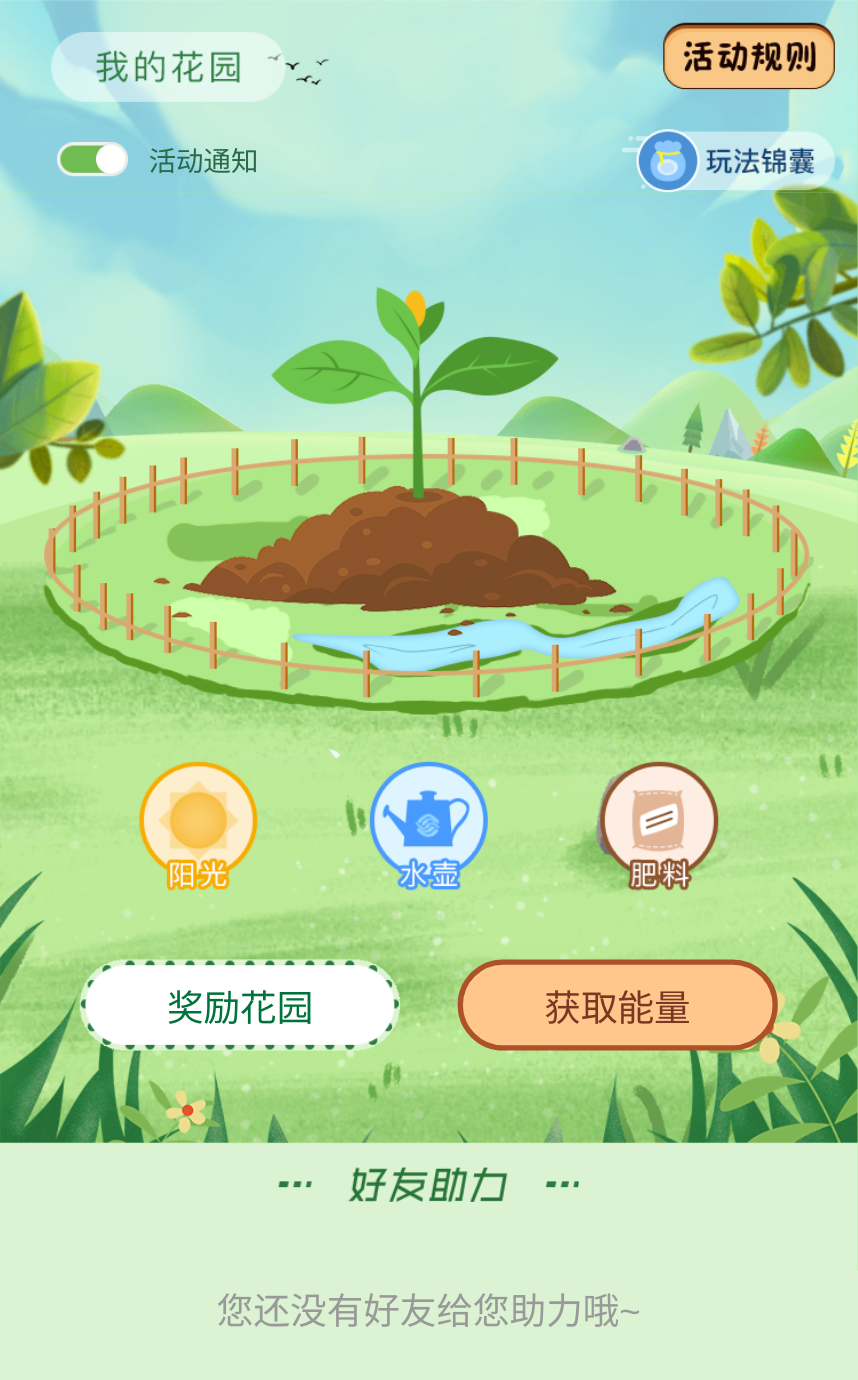
Repository: wangbiaozy/zh
Page: index.html
The author's editor kept a copy of each file at every save. The page is drawn from the files as they stood at one save, then again after the next save.
The browser window is 1280 px wide. The pictures show the whole page, at 67% of full size.

Above is the page before, as saved 2019-03-18 20:05:12.
Console error: TypeError: Cannot read properties of undefined (reading 'style')

### index.html
<!DOCTYPE html>
<html lang="en">

<head>
    <meta charset="UTF-8">
    <meta name="viewport" content="width=device-width, initial-scale=1.0, maximum-scale=1.0, minimum-scale=1.0, user-scalable=no, viewport-fit=cover">
    <meta http-equiv="X-UA-Compatible" content="ie=edge">
    <title>北京移动</title>
    <link rel="stylesheet" href="css/reset.min.css">
    <link rel="stylesheet/less" href="css/styles.less">
    <link rel="stylesheet" href="css/animation.css">
    <script src="js/less-1.7.0.min.js"></script>
    <script src="js/jquery-1.10.1.min.js"></script>
    <script src="js/imgLoader.js"></script>
    <script>
        imgLoader([
            'images/banner.png',
            'images/bdsjh.png',
            'images/bg_01.png',
            'images/bg_02.png',
            'images/btn_cj.png',
            'images/btn_cjhd.png',
            'images/btn_dhff.png',
            'images/btn_dl.png',
            'images/btn_fshy.png',
            'images/btn_lj.png',
            'images/btn_qd.png',
            'images/btn_qdl.png',
            'images/btn_qr.png',
            'images/btn_qx.png',
            'images/btn_xg.png',
            'images/btn_zz.png',
            'images/c1.png',
            'images/c2.png',
            'images/c3.png',
            'images/c4.png',
            'images/c5.png',
            'images/card_1.png',
            'images/card_2.png',
            'images/card_3.png',
            'images/card_4.png',
            'images/card_5.png',
            'images/card.png',
            'images/close.png',
            'images/default.jpg',
            'images/erweima.png',
            'images/fire.gif',
            'images/fri_bg_01.png',
            'images/fri_bg_02.png',
            'images/fri_bg_03.png',
            'images/gongxi.png',
            'images/guang1.png',
            'images/guang2.png',
            'images/hdgz.png',
            'images/home_bg_01.png',
            'images/home_bg_02.png',
            'images/home_bg_03.png',
            'images/hyzl.png',
            'images/longjiao.png',
            'images/longshen.png',
            'images/longtou.png',
            'images/longwei.png',
            'images/longzhu.png',
            'images/longzhua.png',
            'images/rule_btn.png',
            'images/share.png',
            'images/sjhm.png',
            'images/start_btn.png',
            'images/submit.png',
            'images/tc_1_text.png',
            'images/tc_bg.png',
            'images/tc_card.png',
            'images/tc_title_1.png',
            'images/tc_title_2.png',
            'images/tc_title_3.png',
            'images/xxqr.png',
            'images/yun_1.png',
            'images/yun_2.png',
            'images/yun_3.png',
            'images/yun.png',
            'images/yzm.png'
        ], function (percentage) {
            var percentT = percentage * 100;
            $('.loader_info').html('Loading ' + (parseInt(percentT)) + '%');
            $('.loader_progress')[0].style.width = percentT + '%';
            if (percentage == 1) {
                /* $('.loader').remove();
                $('.home').show(); */
            }
        });
    </script>
</head>
<body>
    <!--loading-->
    <!-- <section class="loader">
        <div class="loader_info"></div>
        <div>
            <div class="loader_progress"></div>
        </div>
    </section> -->
    <!-- 首页 -->
    <section id="home" class="home">
        <div>
            <a href="javascript: void(0)" class="rule-btn"></a>
        </div>
        <div>
            <div></div>
        </div>
        <div>
            <a href="javascript: void(0)" id="start-btn"></a>
            <div>
                <p id="countDown"><i>倒计时：</i><span>7</span>天<span>00</span>时<span>00</span>分<span>00</span>秒</p>
            </div>
            <p>4月8日-4月14日&nbsp;&nbsp;&nbsp;&nbsp;活动将于4月14日结束，务必到期前领取</p>
        </div>
    </section>
    <!-- 活动规则页 -->
    <section id="rule" class="rule">
        <div>
            <div></div>
            <div>
                <ul>
                    <li>
                        <h3>一 活动时间：</h3>
                        <p>即日起——4月14日</p>
                        <h3>二 活动介绍：</h3>
                        <p>活动期间，用户通过北京移动微信公众号，可参与“天天种花得流量”活动。用户每天可获得一颗种子，通过添加物料（水、阳光、肥料），完成种植，收获花朵并获得对应流量奖品。</p>
                        <p>获取物料方法：</p>
                        <p>1、用户首次参与活动可领取水、阳光、肥料各1份。</p>
                        <p>2、分享活动给好友，邀请其助力赠送，可获得更多物料。（好友助力次数不限，但为同一用户仅可助力一次。）</p>
                        <h3>三 奖品规则：</h3>
                        <p>活动奖品包含：100MB、200MB、500MB、1GB、2GB、3GB全国流量，及部分免费业务体验资格、优惠业务办理资格。</p>
                        <p>（一）流量奖品</p>
                        <p>1.流量档位包括100MB、200MB、500MB、1GB、2GB、3GB全国流量；</p>
                        <p>2.奖品将于领取后15日内，自动充入用户的微信关注绑定手机号，流量自充入日起生效，有效期至本月月末；</p>
                        <p>3.活动赠送套外国内流量，优先级低于主套餐、可选包、短促包、定向流量包等，赠送流量无法共享，不可结转；</p>
                        <p>4.处于保留期、保号期、挂失、申停、欠停、转品牌过渡期的手机号；物联网卡、4G超级日租卡套餐、神州行开心听、语音套餐卡、神州行B标准资费基本策划等特殊资费用户无法领取赠送流量；</p>
                        <p>5.赠送流量每月仅可领取100次，超出上限不可领取；</p>
                        <p>6.北京移动用户抽中流量奖品后，自动充入关注绑定账户。非北京移动用户抽中流量奖品后可以转赠给北京移动手机号码。</p>
                        <p>（二）其它奖品</p>
                        <p>规则详见各奖品办理页面</p>
                        <p>温馨提示：</p>
                        <p>1、活动将于4月14日结束，请您务必于活动结束前完成领奖，逾期视为自动放弃奖品。</p>
                        <p>2、活动页面内可手动关闭活动提醒。如不关闭，默认每天发放服务通知，提醒用户活动状态已更新。</p>
                    </li>
                </ul>
                <a href="javascript:void(0)">确定</a>
            </div>
        </div>
        <div></div>
    </section>
    <!-- 主页 -->
    <section id="main" class="main">
        <div>
            <a href="javascript:void(0)" class="rule-btn"></a>
            <a href="javascript:void(0)" class="method-btn"></a>
            <div>
                <a href="javascript:void(0)"></a>
                <p>活动通知</p>
            </div>
        </div>
        <div>
            <div>
                <div class="zq"></div>
                <ul>
                    <li></li>
                </ul>
            </div>
        </div>
        <div>
            <ul>
                <li>
                    <span>3</span>
                </li>
                <li>
                    <span>3</span>
                </li>
                <li>
                    <span>3</span>
                </li>
            </ul>
            <ul>
                <li>奖励花园</li>
                <li>获取能量</li>
            </ul>
        </div>
        <div>
            <h3></h3>
            <ul>
                <p>您还没有好友给您助力哦~</p>
                <!-- <li>
                    <div>
                        <img src="./images/fri_default.png" alt="">
                    </div>
                    <p>胖子胖子胖子胖子</p>
                    <p>帮忙增加了<span>肥料</span></p>
                    <p>3月1日</p>
                </li> -->
            </ul>
        </div>
    </section>
    <!-- 玩法锦囊页 -->
    <section id="method" class="method">
        <div></div>
        <div></div>
        <div></div>
        <div></div>
        <div></div>
        <a href="javascript: void(0)">确定</a>
    </section>
    <!-- 我的奖励花园页 -->
    <section id="gift" class="gift">
        <div>
            <div>
                <div></div>
                <ul>
                    <li>
                        <img src="./images/flower_0.png" alt="">
                        <a href="javascript: void(0)"></a>
                    </li>
                    <li>
                        <img src="./images/flower_0.png" alt="">
                        <a href="javascript: void(0)"></a>
                    </li>
                    <li>
                        <img src="./images/flower_0.png" alt="">
                        <a href="javascript: void(0)"></a>
                    </li>
                    <li>
                        <img src="./images/flower_0.png" alt="">
                        <a href="javascript: void(0)"></a>
                    </li>
                    <li>
                        <img src="./images/flower_0.png" alt="">
                        <a href="javascript: void(0)"></a>
                    </li>
                    <li>
                        <img src="./images/flower_0.png" alt="">
                        <a href="javascript: void(0)"></a>
                    </li>
                    <li>
                        <img src="./images/flower_0.png" alt="">
                        <a href="javascript: void(0)"></a>
                    </li>
                </ul>
                <div></div>
                <a href="javascript: void(0)">返回</a>
            </div>
        </div>
        <div></div>
    </section>
    <!-- 二维码页 -->
    <section id="code" class="code">
        <div>
            <div>
                <div>
                    <p>亲爱的用户<br>天天种花得流量活动邀你参加<br>天天有惊喜哦~</p>
                </div>
                <div>
                    <div>
                        <img src="./images/erweima.jpg" alt="">
                    </div>
                </div>
            </div>
        </div>
        <div></div>
    </section>
    <!-- 添加物料弹窗 -->
    <section class="model addModel message-model">
        <div>
            <p>您已成功为种子<br><span>添加了阳光</span><br>种子已进入<span>成熟</span>期<br>快来看看吧</p>
        </div>
        <a href="javascript: void(0)">确定</a>
    </section>
    <!-- 发送好友弹窗 -->
    <section class="model to-friend message-model">
        <div>
            <p>您需要积攒能量<br>才能种出神秘花朵<br>还有抽大奖的机会哦<br>快请好友帮忙吧</p>
        </div>
        <a href="javascript:void(0)">发送好友</a>
    </section>
    <!-- 开始 种子弹窗 -->
    <section class="model tc-0">
        <div>
            <p>恭喜您已经播种了<br>一颗神秘种子<br>快去养育TA～</p>
            <div></div>
            <p>看看可以收获什么花吧！！</p>
            <p>送您阳光、水壶、肥料各一份</p>
        </div>
        <a href="javascript:void(0)">确定</a>
    </section>
    <!-- 本网获得流量弹窗 -->
    <section class="model tc-1">
        <div>
            <p>恭喜您的手机号</p>
            <p>15910943650</p>
            <p>收货了<span>雏菊</span>（价值<span>500MB</span>）</p>
            <img src="./images/flower_tc_1.png" alt="">
            <p>流量将于7日内到账</p>
            <p>有效期至本月月末</p>
            <a href=""></a>
        </div>
        <a href="javascript:void(0)">确定</a>
    </section>
    <!-- 异网流量弹窗 1-->
    <section class="model tc-2">
        <div>
            <p>恭喜您的手机号</p>
            <p>13612341234</p>
            <p>收获了<span>雏菊</span>（价值<span>500MB</span>）</p>
            <img src="./images/flower_tc_1.png" alt="">
            <p>您可以转赠到北京移动号码内</p>
            <p>（流量仅可在活动期间内进行转赠）</p>
        </div>
        <div>
            <a href="javascript:void(0)">取消</a>
            <a href="javascript:void(0)">转赠</a>
        </div>
    </section>
    <!-- 异网流量弹窗 2 -->
    <section class="model tc-3">
        <div>
            <p>请输入好友北京移动手机号码</p>
            <div>
                <p>手机号码</p>
                <input id="inputTel" type="number" pattern="[0-9]*" oninput="if(value.length>11)value=value.slice(0,11)">
            </div>
            <p>（流量仅可在活动期间进行转赠）</p>
        </div>
        <a href="javascript:void(0)">确定</a>
    </section>
     <!-- 异网流量弹窗 3 -->
    <section class="model tc-4">
        <div>
            <p>信息确认</p>
            <p>您是否将</p>
            <p><span>500MB</span>全国流量</p>
            <p>转赠到手机号码</p>
            <p>13612341234</p>
            <p>账户中</p>
            <p>点击确认后信息将不可更改</p>
        </div>
        <div>
            <a href="javascript:void(0)">修改</a>
            <a href="javascript:void(0)">确认</a>
        </div>
    </section>
    <!-- 异网流量弹窗 4 -->
    <section class="model tc-5">
        <div>
            <p>您已将</p>
            <p><span>500MB</span>全国流量</p>
            <p>转赠到手机号码</p>
            <p>15910011111</p>
            <p>账户中</p>
            <p>流量将于15日内到账</p>
            <p>有效期至本月月末</p>
            <p>（流量到账后，立即生效）</p>
            <a href=""></a>
        </div>
        <a href="javascript:void(0)">确定</a>
    </section>
    <!-- 分享浮层 -->
    <section class="share">
        <div>
            <span></span>
        </div>
    </section>
    <!-- 遮罩层 -->
    <section class="mask" id="mask"></section>
</body>
</html>
<script src="js/index.js"></script>

### css/reset.min.css
@charset "utf-8";
/*默认样式清除和初始化*/
body,h1,h2,h3,h4,h5,h6,hr,p,blockquote,dl,dt,dd,ul,ol,li,button,input,textarea,th,td{margin:0;padding:0}body{font-size:12px;font-style:normal;font-family:"\5FAE\8F6F\96C5\9ED1",Helvetica,sans-serif}small{font-size:12px}h1{font-size:18px}h2{font-size:16px}h3{font-size:14px}h4,h5,h6{font-size:100%}ul,ol{list-style:none}a{text-decoration:none;background-color:transparent}a:hover,a:active{outline-width:0;text-decoration:none}table{border-collapse:collapse;border-spacing:0}hr{border:0;height:1px}img{border-style:none}img:not([src]){display:none}svg:not(:root){overflow:hidden}html{-webkit-touch-callout:none;-webkit-text-size-adjust:100%}input,textarea,button,a{-webkit-tap-highlight-color:rgba(0,0,0,0)}article,aside,details,figcaption,figure,footer,header,main,menu,nav,section,summary{display:block}audio,canvas,progress,video{display:inline-block}audio:not([controls]),video:not([controls]){display:none;height:0}progress{vertical-align:baseline}mark{background-color:#ff0;color:#000}sub,sup{position:relative;font-size:75%;line-height:0;vertical-align:baseline}sub{bottom:-0.25em}sup{top:-0.5em}button,input,select,textarea{font-size:100%;outline:0}button,input{overflow:visible}button,select{text-transform:none}textarea{overflow:auto}button,html [type="button"],[type="reset"],[type="submit"]{-webkit-appearance:button}button::-moz-focus-inner,[type="button"]::-moz-focus-inner,[type="reset"]::-moz-focus-inner,[type="submit"]::-moz-focus-inner{border-style:none;padding:0}button:-moz-focusring,[type="button"]:-moz-focusring,[type="reset"]:-moz-focusring,[type="submit"]:-moz-focusring{outline:1px dotted ButtonText}[type="checkbox"],[type="radio"]{box-sizing:border-box;padding:0}[type="number"]::-webkit-inner-spin-button,[type="number"]::-webkit-outer-spin-button{height:auto}[type="search"]{-webkit-appearance:textfield;outline-offset:-2px}[type="search"]::-webkit-search-cancel-button,[type="search"]::-webkit-search-decoration{-webkit-appearance:none}::-webkit-input-placeholder{color:inherit;opacity:.54}::-webkit-file-upload-button{-webkit-appearance:button;font:inherit}.clear:after{display:block;height:0;content:"";clear:both}
*{ -webkit-tap-highlight-color: rgba(0,0,0,0);-webkit-tap-highlight-color: transparent; /* For some Androids */ }

Loaded but not shown: js/less-1.7.0.min.js (library); js/jquery-1.10.1.min.js (library); js/index.js (497 lines, source omitted); js/imgLoader.js (49 lines, source omitted); css/animation.css (2744 lines, source omitted)

After the next save:
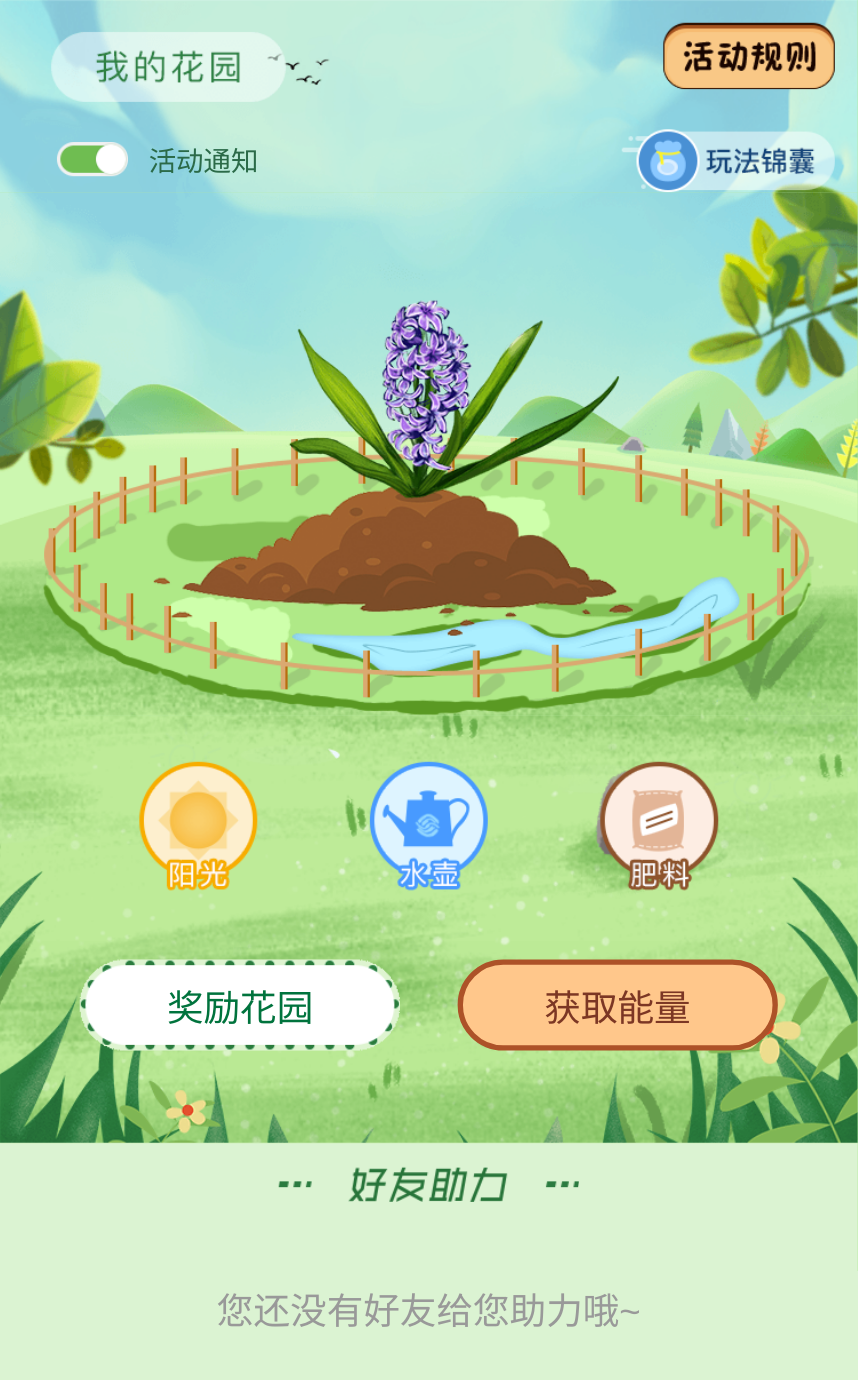
Saved 8 s later.
--- a/index.html
+++ b/index.html
@@ -161,7 +161,7 @@
         </div>
         <div>
             <div>
-                <div class="zq"></div>
+                <div class="cs-1"></div>
                 <ul>
                     <li></li>
                 </ul>
